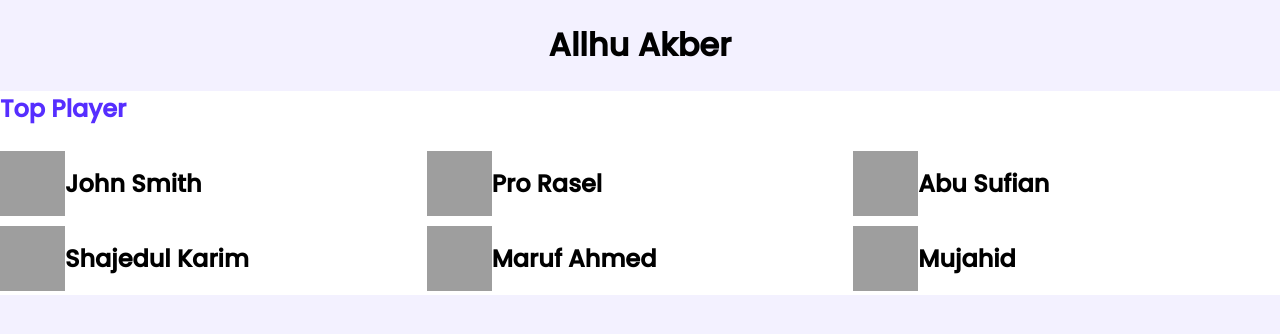
Repository: zjria/leader-board
Page: index.html
These files come from the project's save history. The page is drawn as it stood at one moment and after the next save; the edit follows.
The browser window is 1280 px wide. The pictures show the whole page.
Pictures or frames that could not be fetched are drawn as grey boxes.

Above is the page before, as saved 2022-09-03 09:14:45.

After the next save:
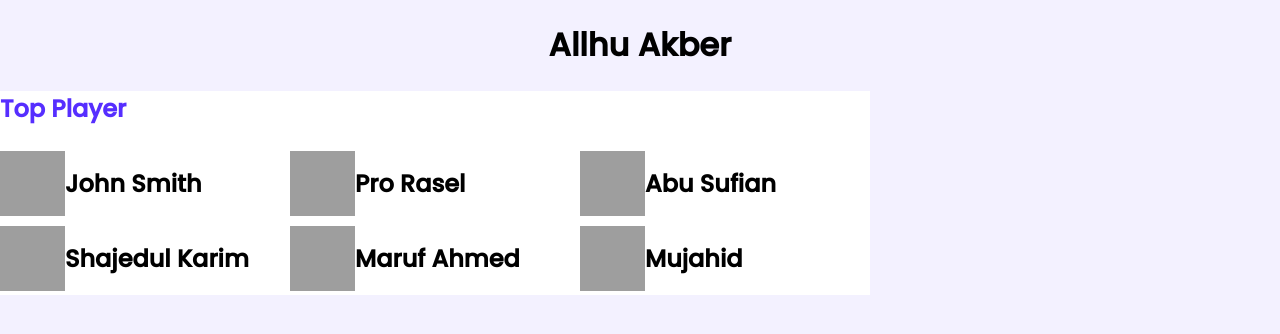
Saved 24 s later.
--- a/style/style.css
+++ b/style/style.css
@@ -23,6 +23,7 @@ body {
 
 .container {
     background-color: #FFFFFF;
+    width: 870px;
 }
 
 .players {
